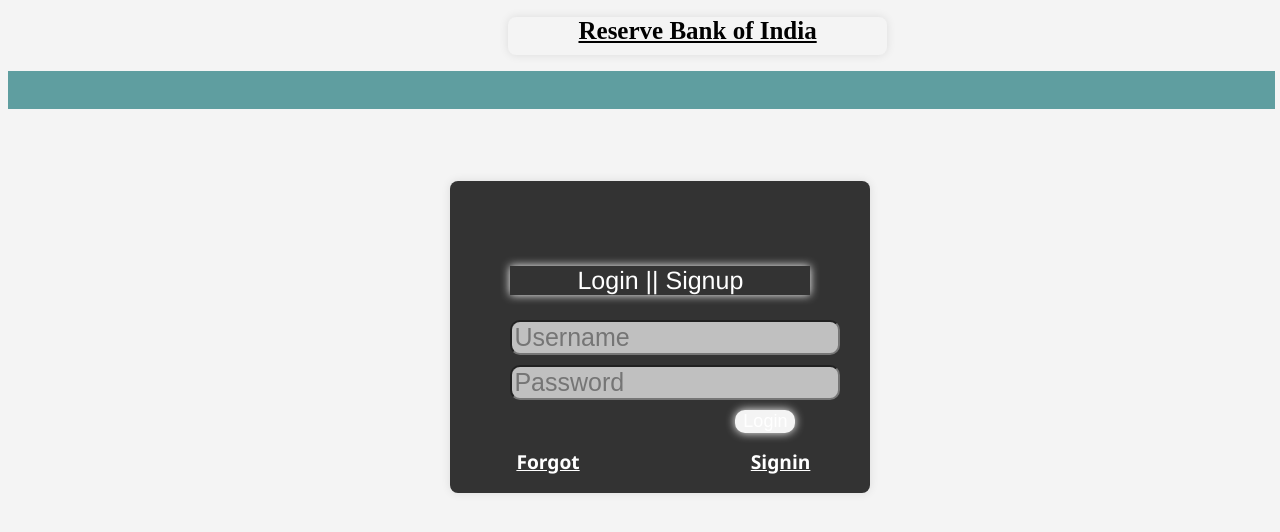
Repository: AbhishekSinghChouhan45/JSP-Projects
Page: http://localhost/BankProject/
The author's editor kept a copy of each file at every save. The page is drawn from the files as they stood at one save, then again after the next save.
The browser window is 1280 px wide. The pictures show the whole page.
The page is served by Tomcat 10.

Above is the page before, as saved 2023-12-09 06:02:09.

After the next save:
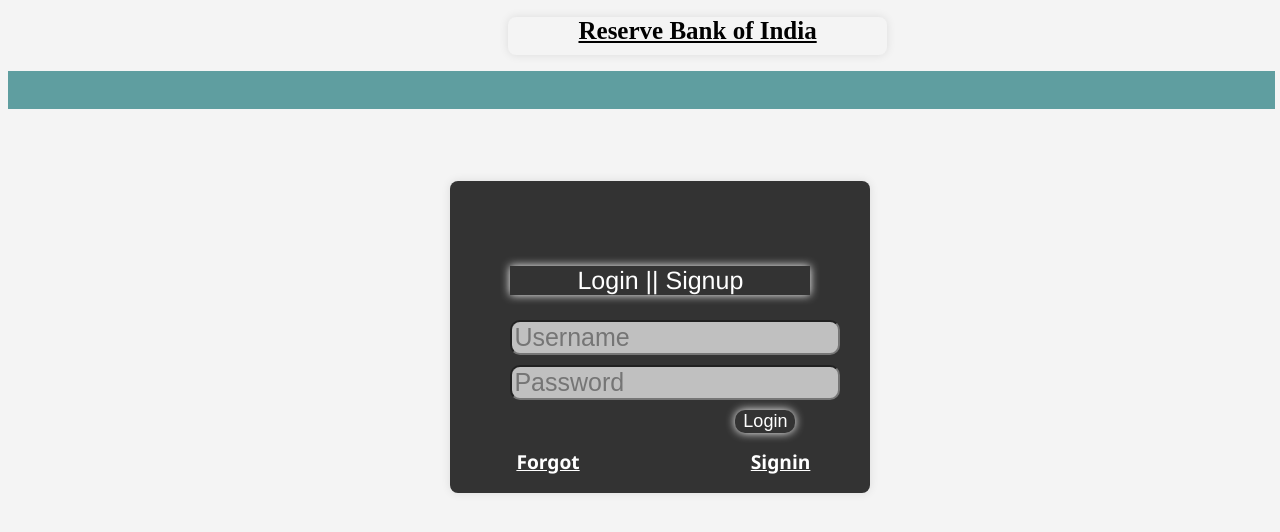
Saved 15 s later.
--- a/BankProject/src/main/webapp/style.css
+++ b/BankProject/src/main/webapp/style.css
@@ -56,7 +56,7 @@
 	font-size: 18px;
 	border-radius: 10px;
 	margin-left: 70%;
-/*	background-color: rgb(0, 0, 160);*/
+	background-color: #333;
 	border-style: hidden;
 	  	box-shadow:  0 0 10px rgb(255, 255, 255);
 	width: 60px;
